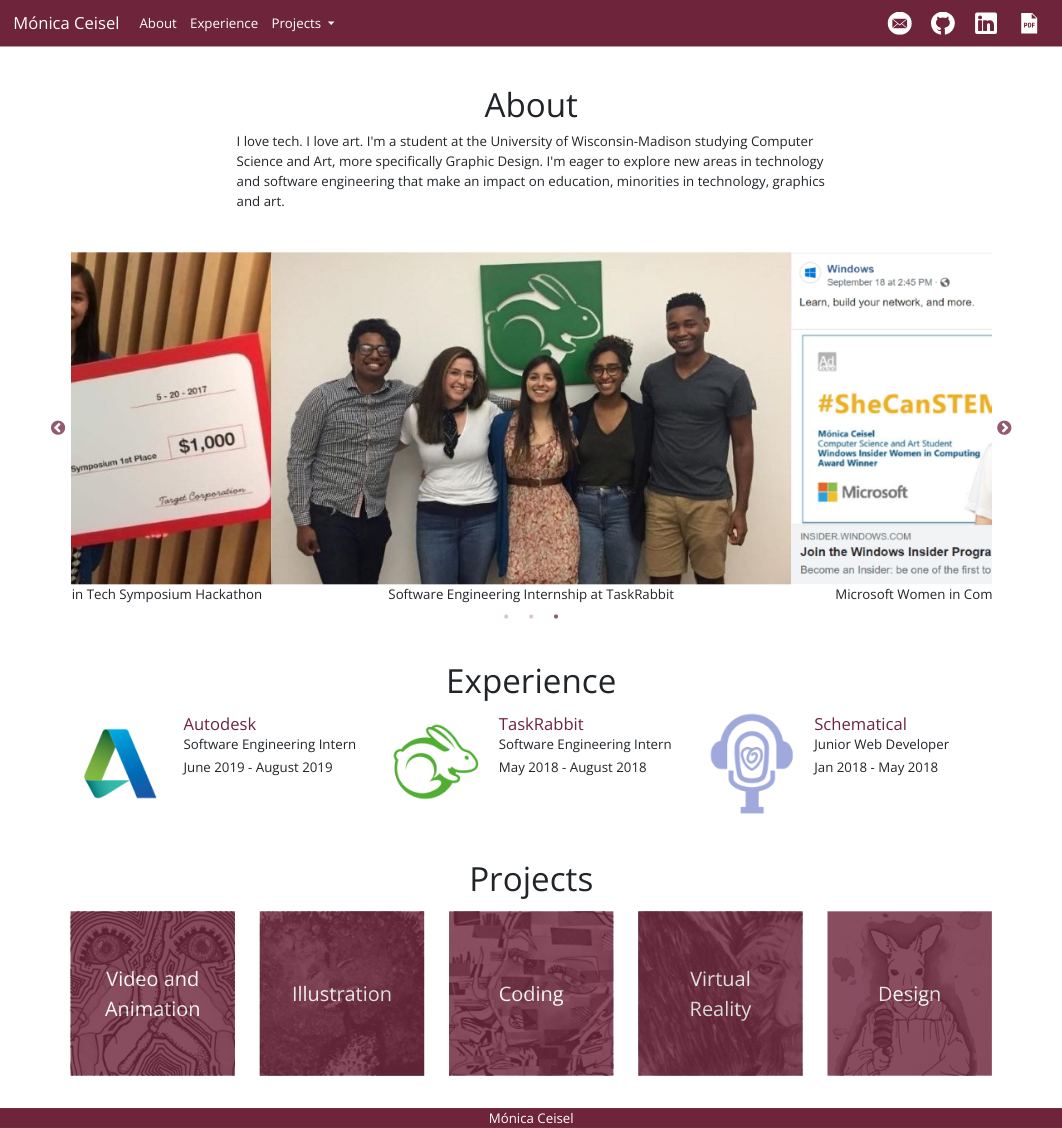
Repository: ceiselm/ceiselm.github.io
Page: index.html
The author's editor kept a copy of each file at every save. The page is drawn from the files as they stood at one save, then again after the next save.
The browser window is 1280 px wide. The pictures show the whole page, at 83% of full size.

Above is the page before, as saved 2019-07-12 06:49:55.

### index.html
<!DOCTYPE html>
<html lang="en">

<head>
  <meta charset="utf-8">
  <meta http-equiv="X-UA-Compatible" content="IE=edge">
  <meta name="viewport" content="width=device-width, initial-scale=1">
  <title>M&oacute;nica Ceisel</title>
  <!-- Bootstrap -->
  <link href="css/bootstrap-4.2.1.css" rel="stylesheet">
  <!-- slick -->
  <link rel="stylesheet" type="text/css" href="slick/slick.css" />
  <!-- Add the new slick-theme.css if you want the default styling -->
  <link rel="stylesheet" type="text/css" href="slick/slick-theme.css" />
  <!-- font -->
  <link href="https://fonts.googleapis.com/css?family=Open+Sans&display=swap" rel="stylesheet">
  <!-- overwrites -->
  <link href="css/home.css" rel="stylesheet">
</head>

<body>
  <nav class="navbar navbar-expand-lg navbar-dark bg-dark">
    <a class="navbar-brand" href="./index.html">M&oacute;nica Ceisel</a>
    <button class="navbar-toggler" type="button" data-toggle="collapse" data-target="#navbarSupportedContent"
      aria-controls="navbarSupportedContent" aria-expanded="false" aria-label="Toggle navigation">
      <span class="navbar-toggler-icon"></span>
    </button>
    <div class="collapse navbar-collapse" id="navbarSupportedContent">
      <ul class="navbar-nav mr-auto">
        <li class="nav-item">
          <a class="nav-link" href="#startAbout">About</a>
        </li>
        <li class="nav-item">
          <a class="nav-link" href="#startExperience">Experience</a>
        </li>
        <li class="nav-item dropdown">
          <a class="nav-link dropdown-toggle" href="#" id="navbarDropdown" role="button" data-toggle="dropdown"
            aria-haspopup="true" aria-expanded="false">
            Projects
          </a>
          <div class="dropdown-menu" aria-labelledby="navbarDropdown">
            <a class="dropdown-item" href="./subpages/coding.html">Coding</a>
            <div class="dropdown-divider"></div>
            <a class="dropdown-item" href="./subpages/illustration.html">Illustration</a>
            <a class="dropdown-item" href="./subpages/design.html">Design</a>
            <a class="dropdown-item" href="./subpages/virtualreality.html">Virtual Reality</a>
            <a class="dropdown-item" href="./subpages/videoandanimation.html">Video and Animation</a>
          </div>
        </li>
      </ul>
    </div>
    <!--		HAVE ICONS APPEAR ON BOTTOM FOR RESPONSIVE!-->
    <div class="navabar navbar-collapse">
      <ul class="navbar-nav ml-auto">
        <li class="nav-item">
          <a target="_blank" href="mailto:ceiselm@gmail.com"><img class="contact-icon" src="images/social/mail.svg"
              title="ceiselm@gmail.com" alt="mail"></a>
          <a target="_blank" href="https://github.com/ceiselm"><img class="contact-icon" src="images/social/github.svg"
              title="ceiselm" alt="github"></a>
          <a target="_blank" href="https://www.linkedin.com/in/monicaceisel/"><img class="contact-icon" src="images/social/linkedin.svg"
              title="monicaceisel" alt="linkedin"></a>
          <!-- <a target="_blank" href="https://twitter.com/Momonimations"><img class="contact-icon" src="images/social/twitter.svg" title="Momonimations" alt="twitter"></a> -->
          <a target="_blank" href="https://drive.google.com/file/d/1QmD4gdm7__M2SBpGTWKV59mZdb-YG6Mg/view?usp=sharing"><img
              class="contact-icon" src="images/social/pdf.svg" title="Resume" alt="resume"></a>
        </li>
      </ul>
    </div>
  </nav>
  <!-- <hr> -->
  <div class="portion">
    <section>
      <div class="text-center mt-2">
        <div class="container">
          <div class="row">
            <div class="col-12">
              <h1 id="startAbout">About</h1>
              <div class="container">
                <div class="row justify-content-center">
                  <div class="col col-md-8">
                    <p align="left">I love tech. I love art. I'm a student at the University of Wisconsin-Madison
                      studying Computer Science and Art,
                      more specifically Graphic Design. I'm eager to explore new areas in technology and software
                      engineering that
                      make an impact on education, minorities in technology, graphics and art.
                    </p>
                  </div>
                </div>
              </div>
              <!--				https://insider.windows.com/en-us/community-news/how-this-coder-artist-grew-superpowers-to-create/-->
              <!--				https://insider.windows.com/en-us/community-news/extraordinary-women-in-computing/-->

              <!-- <div class="wrapper"> -->
              <div class="portion">
                <div class="slides">
                  <div><img class="slide-item" src="images/carousel/Microsoft.png" alt="First slide">Microsoft Women in
                    Computing Award Winner</div>
                  <div><img class="slide-item" src="images/carousel/Target.jpg" alt="Second slide">1st Place for the
                    Target Women in Tech Symposium Hackathon</div>
                  <div><img class="slide-item" src="images/carousel/TaskRabbit.jpg" alt="Third slide">Software
                    Engineering Internship at TaskRabbit</div>
                </div>
              </div>
            </div>
          </div>
        </div>
      </div>
    </section>
  </div>
  <!-- <hr> -->
  <div class="portion">
    <section>
      <div class="container">
        <div class="row">
          <div class="col-12 text-center">
            <h1 id="startExperience">Experience</h1>
            <!-- <p>Lorem ipsum dolor sit amet, consectetur adipisicing elit. Quibusdam, magni, doloribus, possimus eum sapiente deleniti doloremque fugit ut expedita molestiae iusto debitis eveniet modi obcaecati ipsam quos quis labore dicta.</p> -->
          </div>
        </div>
      </div>
    </section>
    <section>
      <div class="container mt-2">
        <div class="row">
          <div class="col-md-4 col-12">
            <ul class="list-unstyled">
              <li class="media">
                <img class="mr-3" src="images/companies/120px-Autodesk_logo.svg.png" alt="Generic placeholder image">
                <div class="media-body">
                  <h5 class="mt-0 mb-1"><a href="https://www.autodesk.com/">Autodesk</a></h5>
                  <h6>Software Engineering Intern</h6>
                  <h6>June 2019 - August 2019</h6>
                </div>
              </li>
            </ul>
          </div>
          <div class="col-md-4 col-12">
            <ul class="list-unstyled">
              <li class="media">
                <img class="mr-3" src="images/companies/taskrabbit_logo.png" alt="Generic placeholder image">
                <div class="media-body">
                  <h5 class="mt-0 mb-1"><a href="https://www.taskrabbit.com/">TaskRabbit</a></h5>
                  <h6>Software Engineering Intern</h6>
                  <h6>May 2018 - August 2018</h6>
                </div>
              </li>
            </ul>
          </div>
          <div class="col-md-4 col-12">
            <ul class="list-unstyled">
              <li class="media">
                <img class="mr-3" src="images/companies/castdex_logo.png" alt="Generic placeholder image">
                <div class="media-body">
                  <h5 class="mt-0 mb-1"><a href="http://www.castdex.com/">Schematical</a></h5>
                  <h6>Junior Web Developer</h6>
                  <h6>Jan 2018 - May 2018</h6>
                </div>
              </li>
            </ul>
          </div>
        </div>
      </div>
    </section>
  </div>
  <!-- <hr> -->
  <div class="portion">
    <section>
      <div class="container">
        <div class="row">
          <div class="col-12 text-center">
            <h1>Projects</h1>
            <!-- <p>Lorem ipsum dolor sit amet, consectetur adipisicing elit. Officia, et, placeat !</p> -->
          </div>
        </div>
        <div class="row mt-2">

          <div class="col-md mt-md-0 mt-1">
            <a href="#">
              <img class="image img-fluid float-right" src="images/buttons/Button03.png" alt="">
              <div class="overlay">
                <div class="text">Video and Animation</div>
              </div>
            </a>
          </div>

          <div class="col-md mt-md-0 mt-1">
            <a href="#">
              <img class="image img-fluid float-left" src="images/buttons/Button01.png" alt="">
              <div class="overlay">
                <div class="text">Illustration</div>
              </div>
            </a>
          </div>

          <div class="col-md mt-md-0 mt-1">
            <a href="#">
              <img class="image img-fluid float-left" src="images/buttons/Button05.png" alt="" href="#">
              <div class="overlay">
                <div class="text">Coding</div>
              </div>
            </a>
          </div>
          <div class="col-md mt-md-0 mt-1">
            <a href="#">
              <img class="image img-fluid float-right" src="images/buttons/Button04.png" alt="" href="#">
              <div class="overlay">
                <div class="text">Virtual Reality</div>
              </div>
            </a>
          </div>
          <div class="col-md mt-md-0 mt-1">
            <a href="#">
              <img class="image img-fluid float-left" src="images/buttons/Button02.png" alt="" href="#">
              <div class="overlay">
                <div class="text">Design</div>
              </div>
            </a>
          </div>
        </div>
      </div>
    </section>
  </div>

  <div class="portion">
        <div class="footer">M&oacute;nica Ceisel</div>

    <!-- <div class="footer"></div> -->
  </div>
  <!-- jQuery (necessary for Bootstrap's JavaScript plugins) -->
  <script src="js/jquery-3.3.1.min.js"></script>
  <!-- Include all compiled plugins (below), or include individual files as needed -->
  <script src="js/popper.min.js"></script>
  <script src="js/bootstrap-4.2.1.js"></script>
  <script src="js/index.js"></script>
  <!-- slick -->
  <script type="text/javascript" src="slick/slick.min.js"></script>
</body>

</html>

### css/home.css
@charset "utf-8";
/* CSS Document */

body {
  font-family: 'Open Sans', sans-serif;
}

.footer {
  left: 0;
  bottom: 0;
  width: 100%;
  background-color: #6E243B;
  color: white;
  text-align: center;
}

.contact-icon {
    height: 1.8em;
    width: 3em;

}

.contact-icon:hover {
    position: relative;
	opacity: .8;
}

.bg-dark {
  background-color: #6E243B !important;
}

.navbar-dark .navbar-nav .nav-link {
    color: rgba(255, 255, 255, 255);
}

h5 {
	color: #6E243B;
}

h5:hover, h5:link, h5:focus {
	color: #EDA200;
}

a {
	text-decoration: none !important;
	color: inherit;
}

a:hover, a:link, a:focus {
	color: inherit;
}

.image {
  position:relative;
  display: block;
  width: 100%;
  height: auto;
  opacity: 0.9;
  transition: 1s ease;
  -webkit-filter: grayscale(100%); /* Safari 6.0 - 9.0 */
  filter: grayscale(100%);
}

.overlay {
  position: relative;
  top: 0;
  bottom: 0;
  left: 0;
  right: 0;
  height: 100%;
  width: 100%;
  opacity: 0.8;
  background-color: #6E243B;
}

.col-md:hover .image {
  opacity: 1;
  -webkit-filter: grayscale(0%); /* Safari 6.0 - 9.0 */
  filter: grayscale(0%);
}

.col-md:hover .overlay {
  opacity: 0;
}


.text {
  color: white;
  font-size: 18pt;
  position: absolute;
  top: 50%;
  left: 50%;
  opacity: 1 !important;
  -webkit-transform: translate(-50%, -50%);
  -ms-transform: translate(-50%, -50%);
  transform: translate(-50%, -50%);
  text-align: center;
}


.slide-item {
  width: 100%;
}


.slick-prev:before {
  color: #6E243B;
}

.slick-next:before {
  color: #6E243B;
}

.slick-dots li.slick-active button::before {
  color: #6E243B;
}

.slick-dots li button::before {
  color: #6E243B;
}

.portion {
  padding-top: 3%;
}

### js/index.js
$(document).ready(function(){
  $('.slides').slick({
    centerMode: true,
    centerPadding: '60px',
    slidesToShow: 1,
    slidesToScroll: 1,
    adaptiveHeight: true,
    dots: true,
    arrows: true,
    variableWidth: true,
    autoplay: true,
    autoplaySpeed: 2000,
    responsive: [
      {
        breakpoint: 768,
        settings: {
          arrows: false,
          centerMode: true,
          centerPadding: '40px',
          slidesToShow: 1
        }
      },
      {
        breakpoint: 480,
        settings: {
          arrows: false,
          centerMode: true,
          centerPadding: '40px',
          slidesToShow: 1
        }
      }
    ]

  });
});

Loaded but not shown: css/bootstrap-4.2.1.css (library); slick/slick.css (common file); slick/slick-theme.css (library); js/jquery-3.3.1.min.js (library); js/popper.min.js (library); js/bootstrap-4.2.1.js (library); slick/slick.min.js (library)

After the next save:
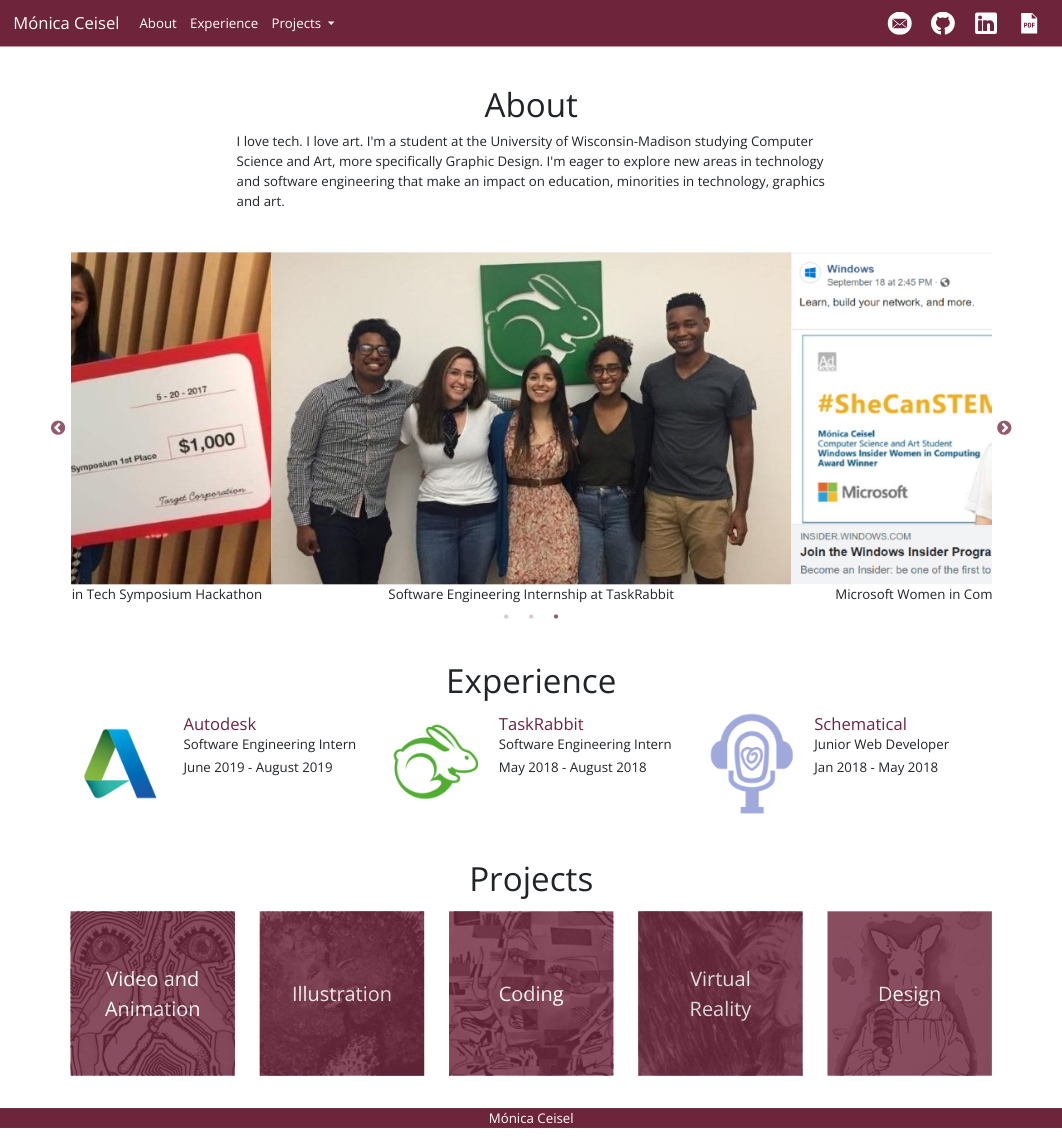
Saved 2 min 21 s later.
--- a/index.html
+++ b/index.html
@@ -221,8 +221,11 @@
   </div>
 
   <div class="portion">
-        <div class="footer">M&oacute;nica Ceisel</div>
-
+        <div class="footer">
+          <p>
+            M&oacute;nica Ceisel
+          </p>
+        </div>
     <!-- <div class="footer"></div> -->
   </div>
   <!-- jQuery (necessary for Bootstrap's JavaScript plugins) -->

After the save that followed:
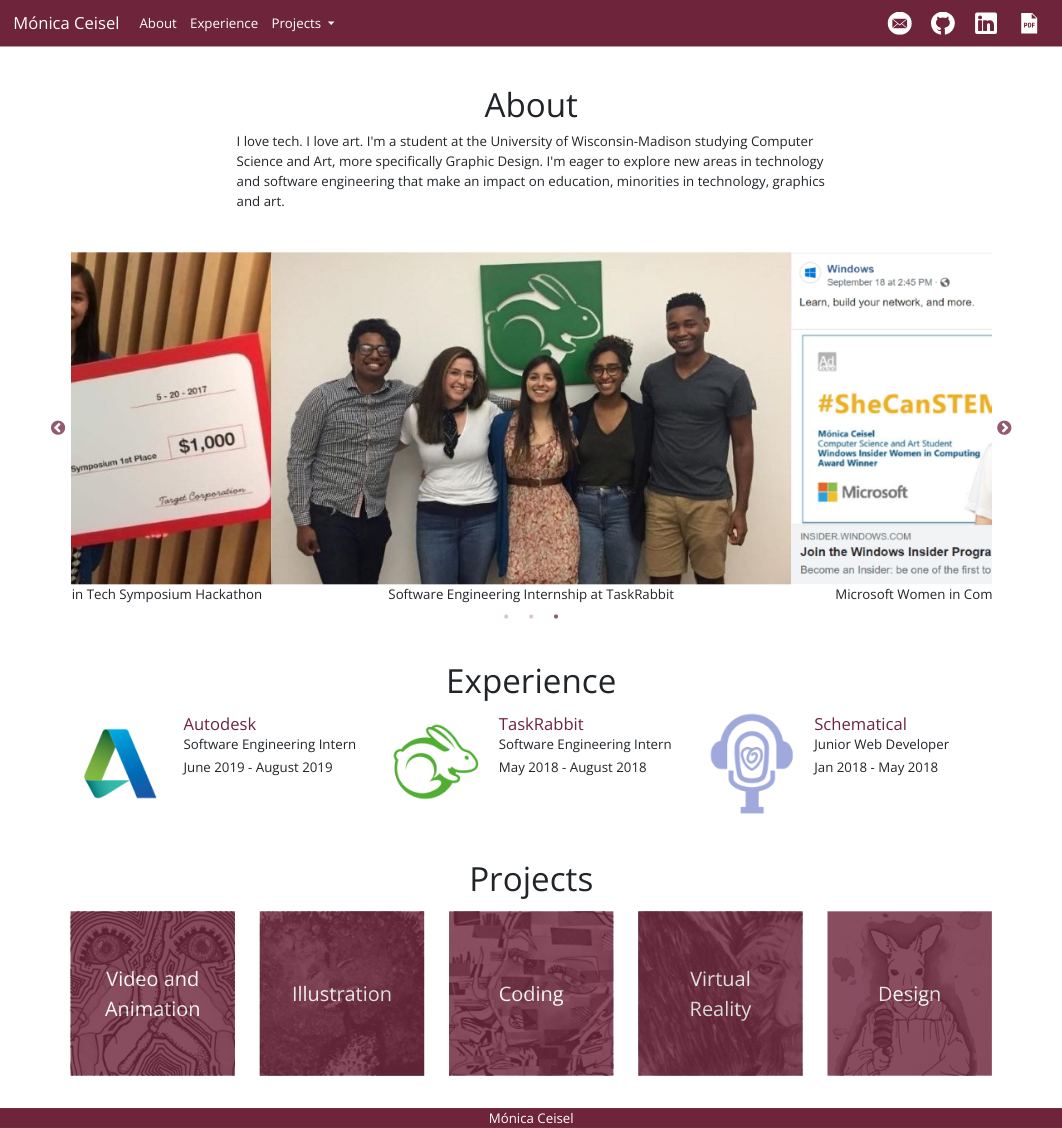
Saved 10 s later.
--- a/index.html
+++ b/index.html
@@ -221,11 +221,8 @@
   </div>
 
   <div class="portion">
-        <div class="footer">
-          <p>
-            M&oacute;nica Ceisel
-          </p>
-        </div>
+        <div class="footer">M&oacute;nica Ceisel</div>
+
     <!-- <div class="footer"></div> -->
   </div>
   <!-- jQuery (necessary for Bootstrap's JavaScript plugins) -->
